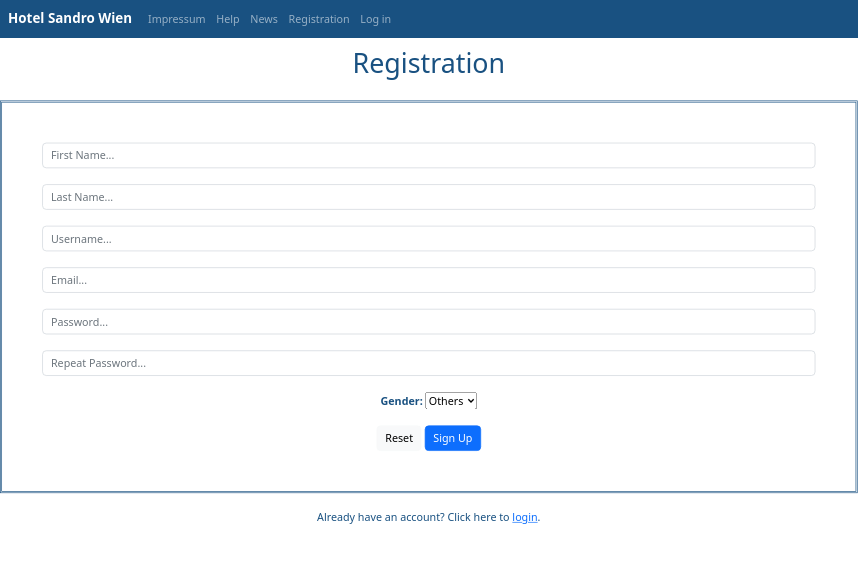
Repository: TIS0N/Hotel_Sandro
Page: http://localhost/pages/registration.php
An editor plug-in stored every save of this project. The page is shown before and after the next save, followed by the edit.
The browser window is 1280 px wide. The pictures show the whole page, at 67% of full size.
The page is run by PHP 8.4 with error messages shown; the project is at /var/www/html/.

Above is the page before, as saved 2023-01-15 23:47:58.

After the next save:
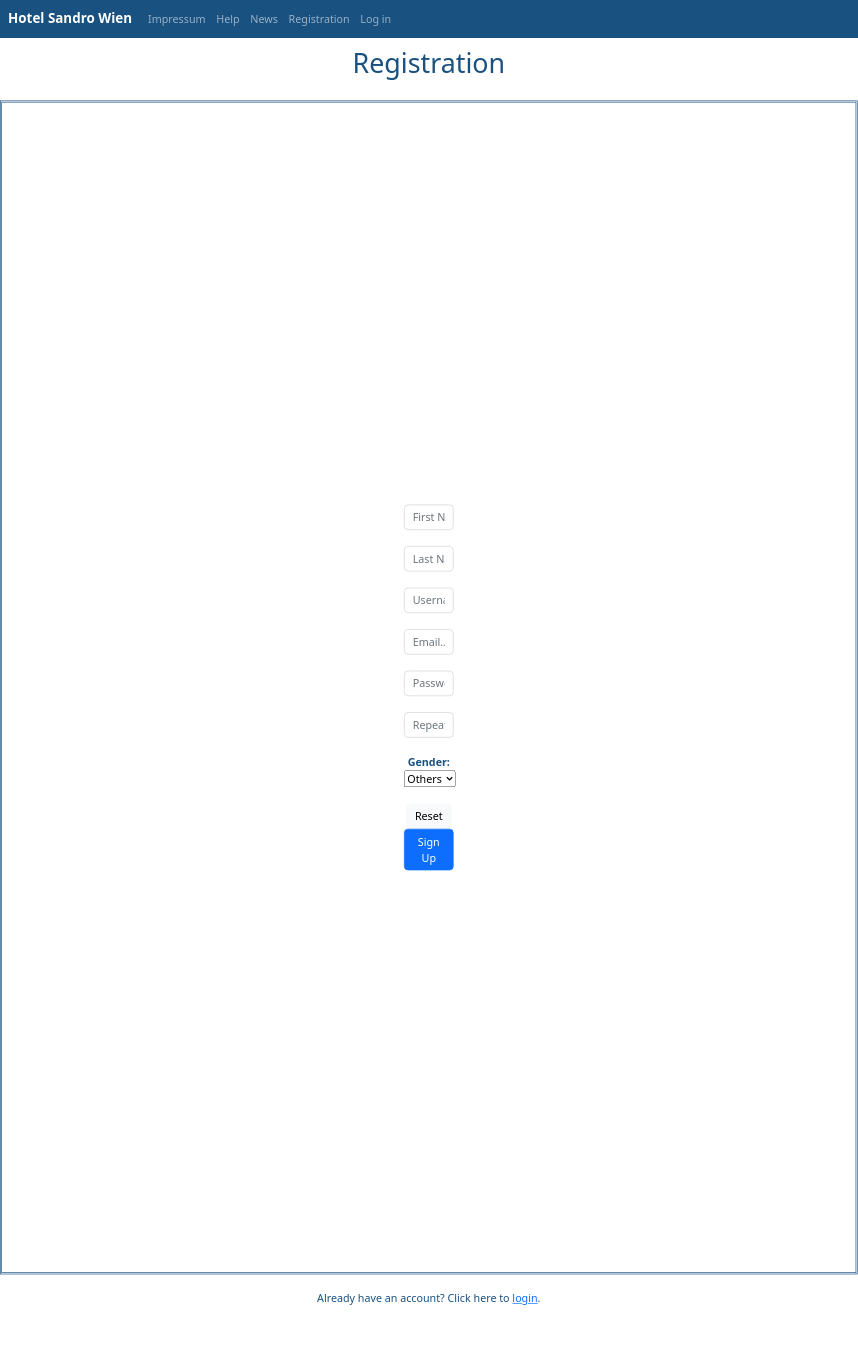
Saved 12 s later.
--- a/res/css/stylesheet.css
+++ b/res/css/stylesheet.css
@@ -38,6 +38,6 @@ tr:nth-child(even) {
 }
 
 #registration-form{
-    padding: 60px;
+    padding: 600px;
     border-style: double;
 }
